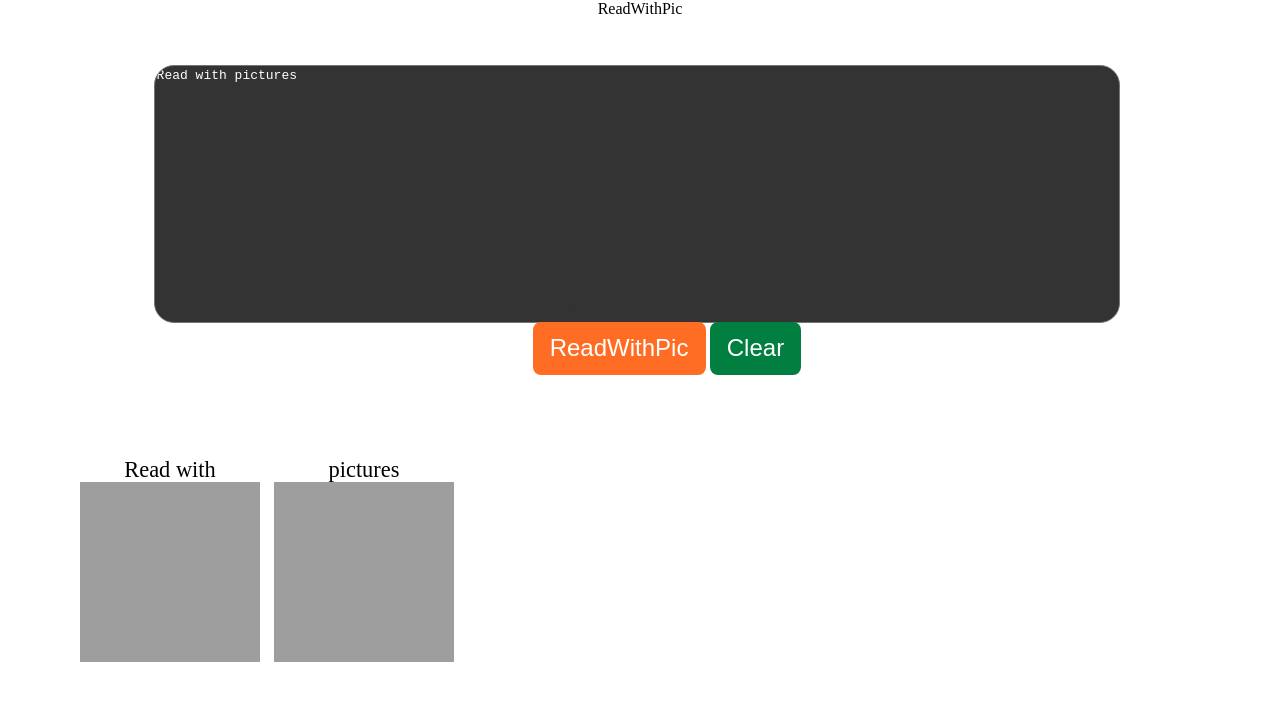
Repository: readwithpic/readwithpic.github.io
Page: index.html
The author's editor kept a record of every edit. The page is drawn from the files as they stood at one moment, then again after the next edit.
The browser window is 1280 px wide. The pictures show the whole page.
Pictures or frames that could not be fetched are drawn as grey boxes. Some web libraries are served in a nearby version.

Above is the page before.
Console error: TypeError: Cannot read properties of undefined (reading 'length')

### index.html
<!DOCTYPE html>
<html>
    <head>
        <meta charset="utf-8">
        <link rel="stylesheet" type="text/css" href="style.css" />
        <script src="https://ajax.googleapis.com/ajax/libs/jquery/2.1.3/jquery.min.js"></script>
        <script type="text/javascript" src="jscript.js"></script>
    </head>

    <body>
        <!--Facebook Code-->
        <div id="fb-root"></div>
        <div class="fb-like" data-href="https://www.facebook.com/readwithpic" data-layout="standard" data-action="like" data-show-faces="false" data-share="true"></div>
        <div class="logo"><a href="http://readwithpic.github.io">ReadWithPic</a></div>
        <div id="textBox">
               <div>
                      <button type="button" id="roundB"><p class="msg">C..</p></button>
                      <button type="button" id="closeB"><p class="msg">X</p></button>
               </div>

                <div>
                    <textarea rows="10" cols="80" id="textInput" name="texthere">Read with pictures</textarea>
                </div>

                <div class="mainGroup">
                    <div class="group">
                        <div id="buttonSpin">
                            <div class="spinner">
                                <div class="bounce1"></div>
                                <div class="bounce2"></div>
                                <div class="bounce3"></div>
                            </div>
                        </div>
                         <button type="button" id="convert" >ReadWithPic</button>
                        <button type="button" id="clear">Clear</button>
                    </div>
                </div>
        </div>

        <div class="front">
            <ul>
                  <li class="showIt"><figure><img src="http://www.auburn.edu/academic/education/reading_genie/navig/read.gif" height=180 width=180>
                    <figcaption><p class='withPic'>Read with</p></figcaption></figure></li>
                      <li class="showIt"><figure><img src="https://pbs.twimg.com/profile_images/425063504039538688/sO0mRdKW.jpeg" height=180 width=180>
                    <figcaption><p class='withPic'>pictures</p></figcaption></figure></li>

            </ul>
        </div>
        <!--debug
          <button type="button" id="loadme">Load</button>
            <button type="button" id="debug">debug</button>
           -->
        <div id="display">
                 <ul>
                     <li id="listLoad">
                        <div id="loadingSpin">
                            <div class="spinner">
                                <div class="bounce1"></div>
                                <div class="bounce2"></div>
                                <div class="bounce3"></div>
                            </div>
                        </div>
                    </li>
                </ul>
            </div>
            <div><span id="sDebug"> </span><span id="what"></span></div>
    </body>
</html>

### style.css
html, body { height: 100%; width: 100%; margin: 0; }



.logo{
    text-align:center;
    cursor:hand;
}


a:link {
    color:black;
    text-decoration: none;
}

a:visited {
    color:black;
    text-decoration: none;
}

a:hover {
    text-decoration: none;
}

a:active {
    text-decoration: none;

}

.fb-like{
    width:200px;
}

li {
    display: inline-block;
    text-align:center;
    height:250px;
    padding-left:-100px;
}

.showIt{
    display:inline-block;
}
img{
    margin-right:-70px;
    float:left;
    padding:0px 0px 0px 0px;
}

#searchbox {
    width:600px;
    height:200px;
}

p {
 display:inline;
}

.withPic{
    font-size:1.4em;
    position:relative;
    left:35px;
    top:-205px;
    z-index:-1;
}
.onlyText{
 margin-left:4px;
}

#sDebug{
    background-color:brown;
}

#what{
    background-color:red;
}

/*half page div box */
#textBox{
  position:absolute;
  width:100%;
  height:50%;
}

textarea{
    -webkit-overflow-scrolling: touch;
}

#textInput{
    color:white;
    font-size:1em;
    position:absolute;
    display:block;
    resize:none;
    top:13%;
    left:12%;
    width:75%;
    height:70%;
    background-color:#333333;
    -moz-border-radius: 10px;
    -webkit-border-radius: 10px;
    border-radius: 20px;

}

#textInput:focus{
  border-color: #FF6C24;
  outline:none;
}

.front{
    position:relative;
    top:60%;
}

.mainGroup {
    float:left;
    position:relative;
    top:88%;
    left:50%;
}

.group {
    width:215px;
    float:left;
    position:relative;
    left:-50%;
}

#convert  {
    display:inline-block;
    text-align:center;
    background-color: #FF6C24;
   -webkit-border-radius: 8px;
    -moz-border-radius: 8px;
    border-radius: 8px;
     color: white;
   font-size: 1.5em;
   text-decoration: none;
   padding: 6% 8% ;
   border: none;
   }

#convert:hover{
    background-color:#E55900;
}

#convert:active {
   background-color: #993D00;
   }

#convert:disabled{
background-color:#FFAA70;
}

#buttonSpin{
    margin-top:-15%;
    margin-left:15%;
}
#clear{
    position:absolute;
    margin-left:4px;
    text-align:center;
    background-color: #007F41;
   -webkit-border-radius: 8px;
    -moz-border-radius: 8px;
    border-radius: 8px;
   color: white;
   font-size: 1.5em;
   text-decoration: none;
   padding: 6% 8% ;
   border: none;
   }

#clear:hover {
   background-color:  #00683B;
   }


#clear:active {
   background-color: #007F41;
   }

#roundB{
  display:inline-block;
  position:fixed;
  top:1.5%;
  right:5%;
  width:50px;
  height:50px;
  background-color: #FF6C24;
  border-radius:50%;
  border: none;
  text-align:center;
  font-size:2em;
  color:white;
  display:none;
}

#roundB:hover{
    background-color:#E55900;
}
#roundB:active {
   background-color: #FF6C24;
   }


#closeB{
  position:fixed;
  top:1.5%;
  right:5%;
  width:50px;
  height:50px;
  background-color:#FF4024;
  border-radius:50%;
  border: none;
  text-align:center;
  font-size:2em;
  display:none;
}

#closeB:hover{
    background-color:#B20A00;
}
#closeB:active {
   background-color:#FF4024;
   }

/* Loading */
#listLoad{
  position:relative;
  width:180px;
  height:180px;
  display:none;
}

#loadingSpin{
    position:absolute;
    top:77px;
    left:67px;
}



spinner {
  margin-left:100px;
  width: 70px;
  text-align: center;
}

.spinner > div {
  width: 15px;
  height: 15px;
  background-color: #333;
  border-radius: 100%;
  display: inline-block;
  -webkit-animation: bouncedelay 1.4s infinite ease-in-out;
  animation: bouncedelay 1.4s infinite ease-in-out;
  /* Prevent first frame from flickering when animation starts */
  -webkit-animation-fill-mode: both;
  animation-fill-mode: both;
}

.spinner .bounce1 {
  -webkit-animation-delay: -0.32s;
  animation-delay: -0.32s;
}

.spinner .bounce2 {
  -webkit-animation-delay: -0.16s;
  animation-delay: -0.16s;
}

/* loading end */

@-webkit-keyframes bouncedelay {
  0%, 80%, 100% { -webkit-transform: scale(0.0) }
  40% { -webkit-transform: scale(1.0) }
}

@keyframes bouncedelay {
  0%, 80%, 100% {
    transform: scale(0.0);
    -webkit-transform: scale(0.0);
  } 40% {
    transform: scale(1.0);
    -webkit-transform: scale(1.0);
  }
}

### jscript.js
var link = new Array();
var link2 = new Array();
var k, j, i, userInput, cleanSent, search, h, startNum, constantV, calNum;
var filterWords = ["is", "are", "all", "another", "any", "anybody", "anyone", "anything", "botheach", "each", "other", "either", "everybody", "everyone", "everything", "few", "he", "her", "hers", "herself", "him", "himself", "his", "it", "its", "itself", "many", "me", "mine", "more", "most", "much", "myself", "neither", "no", "one", "nobody", "none", "nothing", "another", "other", "others", "ours", "ourselves", "several", "she", "some", "somebody", "someone", "something", "their", "theirs", "them", "themselves", "these", "they", "this", "those", "us", "we", "what", "whatever", "which", "whichever", "who", "whoever", "whom", "whomever", "whose", "you", "your", "yours", "yourself", "yourselves", "that", "it's", "time", "person", "year", "way", "day", "thing", "man", "world", "life", "hand", "part", "child", "eye", "woman", "place", "work", "week", "case", "point", "government", "company", "number", "group", "problem", "fact", "be", "have", "do", "say", "get", "make", "go", "know", "take", "see", "come", "think", "look", "want", "give", "use", "find", "tell", "ask", "work", "seem", "feel", "try", "leave", "call", "good", "new", "first", "last", "long", "great", "little", "own", "other", "old", "right", "big", "high", "different", "small", "large", "next", "early", "young", "important", "few", "public", "bad", "same", "able", "to", "of", "in", "for", "on", "with", "at", "by", "from", "up", "about", "into", "over", "after", "beneath", "under", "above", "the", "and", "a", "that", "", "it", "not", "he", "as", "you", "this", "but", "his", "they", "her", "she", "or", "an", "will", "my", "one", "all", "would", "there", "their", "aboard", "about", "above", "across", "after", "against", "along", "amid", "among", "around", "as", "at", "before", "behind", "below", "beneath", "beside", "besides", "between", "beyond", "but", "by", "concerning", "considering", "despite", "down", "during", "except", "excepting", "excluding", "following", "for", "from", "in", "inside", "into", "like", "minus", "near", "of", "off", "on", "onto", "opposite", "outside", "over", "past", "per", "plus", "regarding", "round", "save", "since", "than", "through", "to", "toward", "towards", "under", "underneath", "unlike", "until", "up", "upon", "versus", "via", "with", "within", "without"];
var lastList, textInput, myScroll, loadList, count;
var $win, $doc, $list, $textArea, $roundB, $closeB,$buttonSpin;
//facebook
(function(d, s, id) {
  var js, fjs = d.getElementsByTagName(s)[0];
  if (d.getElementById(id)) return;
  js = d.createElement(s); js.id = id;
  js.src = "//connect.facebook.net/en_US/sdk.js#xfbml=1&version=v2.3";
  fjs.parentNode.insertBefore(js, fjs);
}(document, 'script', 'facebook-jssdk'));


$(document).ready(function () {
    $list = $('li');
    textInput = $('#textInput');
    loadList = $('#listLoad');
    $win = $(window);
    $doc = $(document);
    $textArea = $('textarea');
    $roundB = $('#roundB');
    $closeB = $('#closeB');
    $buttonSpin=$('#buttonSpin');
    //$textArea.val("Read with pictures");
    $textArea.keyup(function () {
        if ($(this).val() && $('li').length > 1) {
            $('#convert').removeAttr('disabled');
        } else {
            $('#convert').attr('disabled', 'disabled');
        }
    });

    $('#convert').click(function () {
        //to avoid rapid click
        $('#convert').attr('disabled', 'disabled');
        $('.front').remove();
        //textarea control
        if (textInput.height() > 350) {
            $('#textInput').fadeOut('fast');
            $('.mainGroup').fadeOut('fast');
            $closeB.hide();
        } else {
            $('#textInput').slideUp('fast');
            $('.mainGroup').fadeOut('fast');
        }

        //grab appened list class showIt
        $('li').remove();
        //$(li).remove() removes everyting so loading is appeneded at first
        $('#display ul').append(loadList);
        //display loading
        loadList.show();
        //display round button
        $roundB.show('fast');
        $buttonSpin.show();
        count = 0;
        h = 0;
        j = 0;
        myScroll = 0;
        // default number of search images to be loaded at first
        startNum = 30;
        //constantV is assigned to calNum to load given number consistant images after each scroll
        calNum = startNum;
        link.length = 0;
        link2.length = 0;
        $('#what').empty();
        $('.onlyText').remove();
        userInput = $('textarea[name=texthere]').val();
        cleanSent = userInput.replace(/\s+/g, ' ');
        search = cleanSent.split(" ");
        callAjax(search[j]);
    });

    $('#clear').click(function () {
        $textArea.val('');
    });

    $('#roundB').click(function () {
        //display textBox at the middle of screen.
        $('#textInput').css({
            'position': 'fixed',
                'top': '11%',
                'left': '9%',
                'width': '80%',
                'height': '70%'
        });
        $('.mainGroup').css({
            'position': 'fixed',
                'top': '82%'
        });
        $('#textInput').fadeIn('fast');
        $('.mainGroup').fadeIn('fast');
        $('#closeB').show();
        $(this).hide();
    });

    //close button
    $('#closeB').click(function () {
        $('#textInput').fadeOut('fast');
        $('.mainGroup').fadeOut('fast');
        $roundB.show();
        $(this).hide();
    });

    $win.resize(function () {
        // load the rest of screen if the user reduce the zoom less than 100%
        if (lastList.offset().top < $win.height() && myScroll === 1) {
            myScroll = 1;
            $win.scroll();
        }
    });

    $win.scroll(function () {
        if ($win.scrollTop() + $win.height() > $doc.height() - $doc.height() / 4 && myScroll === 1 && j < search.length) {
            h = 0;
            //To reuse same Array link2
            link.length = 0;
            link2.length = 0;
            //load number of images after each scroll
            constantV = 10;
            //reintalize the calNum to display given constant number of images accross the screen
            calNum += constantV;
            callAjax(search[j]);
            myScroll = 0;
        } else if (j === search.length) {
            loadList.hide();
        }
    });

    //dubugging zone
    $('#debug').click(function () {
        $('#sDebug').append('<br>' + "Linklength1 : " + link.length + '<br>');
        $('#sDebug').append("Linklength2 : " + link2.length + '<br>');
        $("#sDebug").append("dubug j value :" + j + '<br>');
        $('#sDebug').append("dubug i value:" + i + '<br>');
        $('#sDebug').append("dubug count value:" + count + '<br>');
        $('#sDebug').append("dubug k value:" + k + '<br>');
    });
});

function callAjax(index) {
    var look = new URL('https://ajax.googleapis.com/ajax/services/search/images?v=1.0&q=' + index + '&callback=?');
    $.ajax({
        url: look,
        dataType: 'json',
        success: function (data) {
            if (data.responseData.results.length === 0) {
                if (j < startNum) {
                    link[j] = "http://upload.wikimedia.org/wikipedia/commons/9/98/MA_Route_blank.svg";
                    j++;
                } else {
                    link2[h] = "http://upload.wikimedia.org/wikipedia/commons/9/98/MA_Route_blank.svg";
                    j++;
                    h++;
                }
            } else {
                if (j < startNum) {
                    link[j] = data.responseData.results[0].url;
                    j++;
                } else {
                    link2[h] = data.responseData.results[0].url;
                    j++;
                    h++;
                }
            }
            //checked against the calNum to make sure it doesn't load images more then startNum(default number of images to be load at first)
            if (j < search.length && j < calNum) {
                callAjax(search[j]);
            } else {
                show();
            }
        }
    });
}

//function do display first 30 words
function show() {
    var loopNum;
    i = 0;
    //slideUp or fadeOut the textarea and button
    if (count === 0) {
        for (i; i < j; i++) {
            // $('#what').append( 'firstIvalue: ' + i);
            //indexOf(search[j]) returns -1 if the value is not present inside array search[j];
            //check if search[j] is not the first html list element
            if (filterWords.indexOf(search[i]) !== -1 && $list.length > 0) {
                $('.withPic').last().append('<p class=onlyText>' + search[i] + '</p>');
            } else {
                $('#display ul').append('<li class="showIt">' + '<figure>' + '<img src="' + link[i] + '" height=180 width=180>' +
                    '<figcaption>' + '<p class=withPic>' + search[i] + '</p>' + '</figcaption>' + '</figure>' + '</li>');
            }
        }
        $buttonSpin.hide();
        //get the last list edlement
        lastList = $('li:last').attr('class', 'showIt');

        //always put the loading at the last element
        $('#display ul').append(loadList);
        //disable this for loop
        count = 1;
        //initiate scroll
        myScroll = 1;
        //for bigger bigger resolution or screen to load more list element than intiated max startNum value
        if (lastList.offset().top < $win.height()) {
            $win.scroll();
        }

    } else {
        k = 0;
        //to run the loop if the value of constantV is less then link2.length.
        if (link2.length < constantV) {
            i = j - link2.length;
            loopNum = i + link2.length;
            //$('#what').append('<br>' + 'insideLOOPNUM: ' + loopNum);
            //Once value of j arrives here it'll be orginal value + constantV because callAjax function have already run twice
        } else {
            i = j - constantV;
            loopNum = i + constantV;
        }
        for (i; i < loopNum; i++) {
            //indexOf(search[j]) returns -1 if the value is not present inside array search[j];
            //check if search[j] is not the first html list element
            if (filterWords.indexOf(search[i]) !== -1 && $list.length > 0) {
                $('.withPic').last().append('<p class=onlyText>' + search[i] + '</p>');
            } else {
                $('#display ul').append('<li class="showIt">' + '<figure>' + '<img src="' + link2[k] + '" height=180 width=180>' +
                    '<figcaption>' + '<p class=withPic>' + search[i] + '</p>' + '</figcaption>' + '</figure>' + '</li>');
            }
            k++;
            //for debug purposes
            // $('#what').append('<br>' + 'insideIvalue: ' + i);
            // $('#what').append('<br>' + 'insideKvalue: ' + k);
            // $('#what').append('<br>' + 'insideJvalue: ' + j);
        }
        $('#display ul').append(loadList);
        myScroll = 1;
        if (lastList.offset().top < $win.height()) {
            $win.scroll();
        }
    }
}

After the next edit:
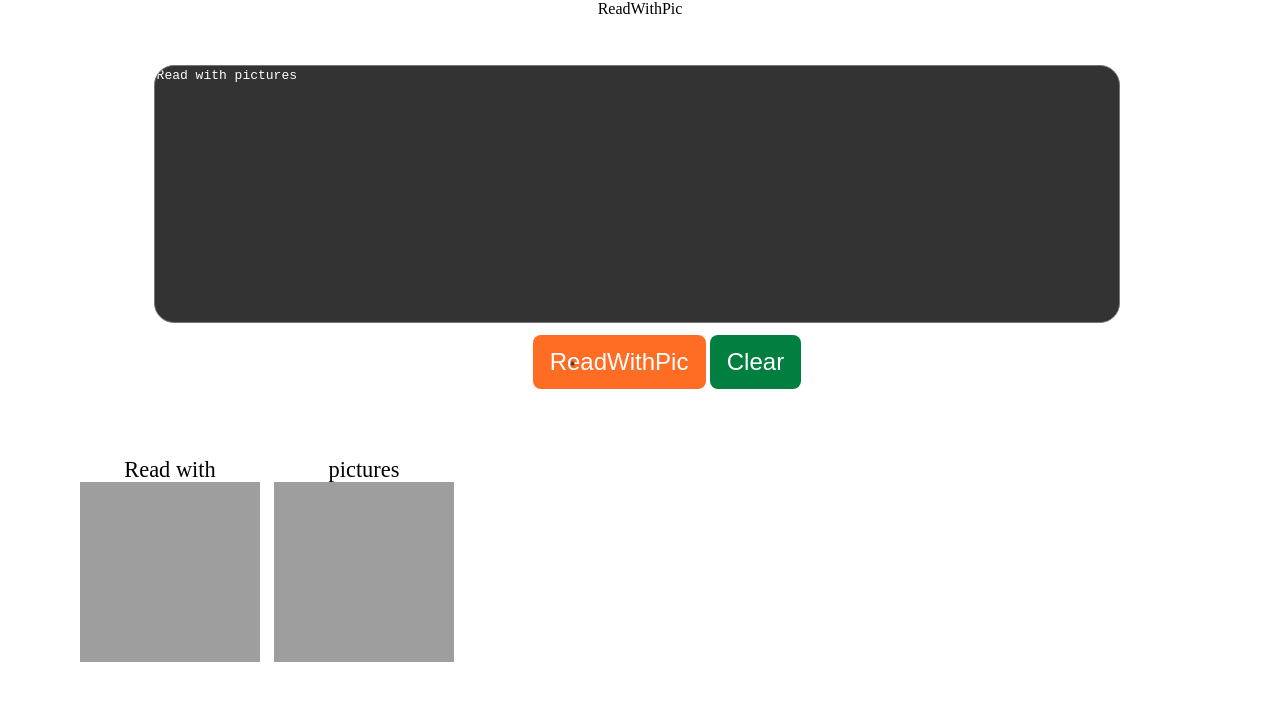
The edit:
--- a/style.css
+++ b/style.css
@@ -154,7 +154,8 @@
 }
 
 #buttonSpin{
-    margin-top:-15%;
+    position:absolute;
+    margin-top:10%;
     margin-left:15%;
 }
 #clear{
